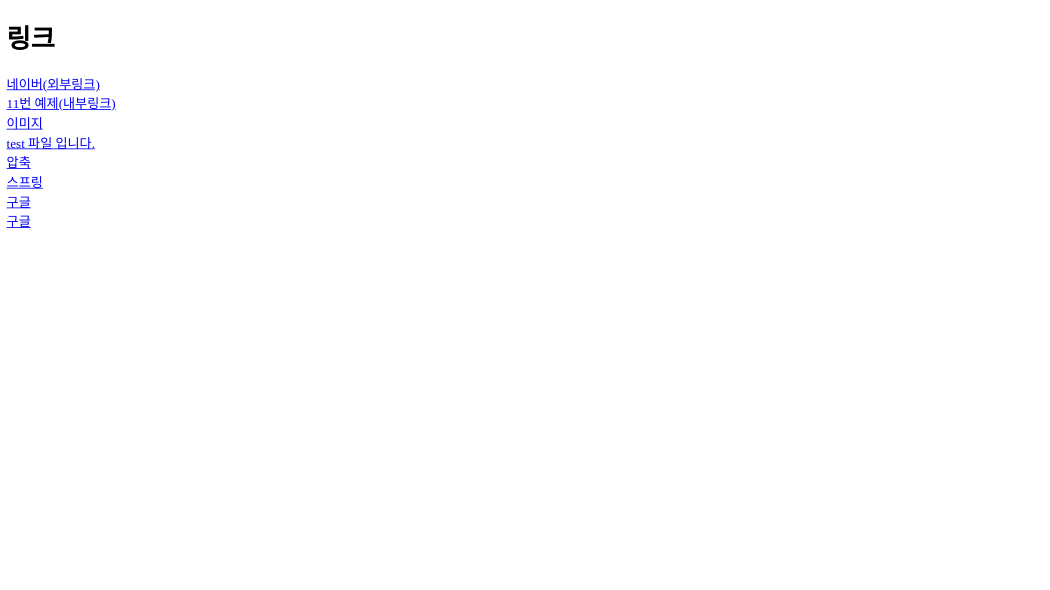
Repository: sungken/htmlProject
Page: ClientTest/src/main/webapp/html/ex12_link.html
An editor plug-in stored every save of this project. The page is shown before and after the next save, followed by the edit.
The browser window is 1280 px wide. The pictures show the whole page, at 82% of full size.

Above is the page before, as saved 2024-03-13 03:18:13.

After the next save:
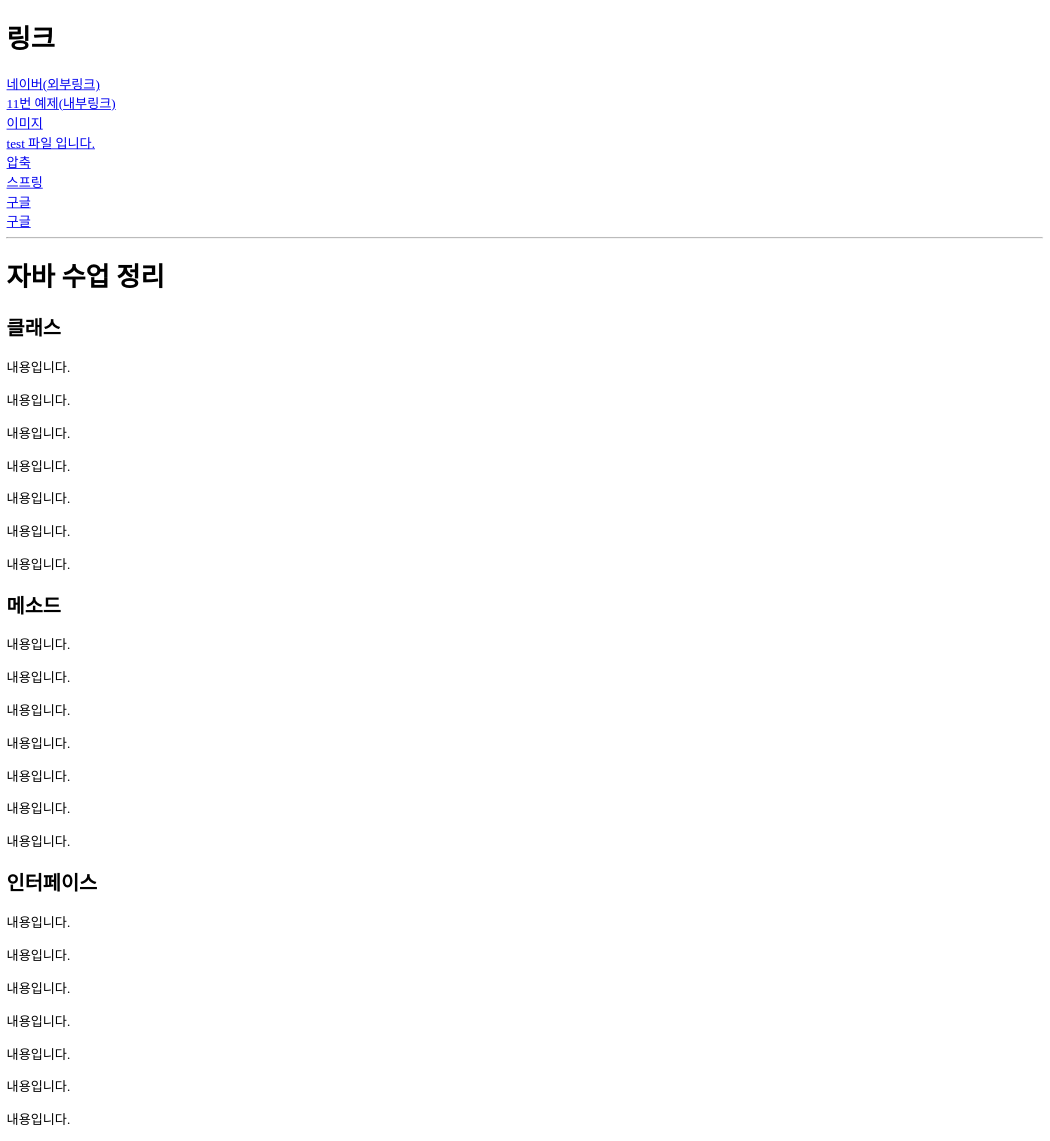
Saved 7 min 6 s later.
--- a/ClientTest/src/main/webapp/html/ex12_link.html
+++ b/ClientTest/src/main/webapp/html/ex12_link.html
@@ -28,11 +28,22 @@
 		3. _parent
 		4. _top
 		5. 프레임 명
-
  -->
 <a href="http://google.com" target="_self">구글</a>
 <br>
 <a href="http://google.com" target="_blank">구글</a>
 
+<hr>
+<h1>자바 수업 정리</h1>
+<h2>클래스</h2>
+<p>내용입니다.</p><p>내용입니다.</p><p>내용입니다.</p><p>내용입니다.</p><p>내용입니다.</p><p>내용입니다.</p><p>내용입니다.</p>
+
+<h2>메소드</h2>
+<p>내용입니다.</p><p>내용입니다.</p><p>내용입니다.</p><p>내용입니다.</p><p>내용입니다.</p><p>내용입니다.</p><p>내용입니다.</p>
+
+<h2>인터페이스</h2>
+<p>내용입니다.</p><p>내용입니다.</p><p>내용입니다.</p><p>내용입니다.</p><p>내용입니다.</p><p>내용입니다.</p><p>내용입니다.</p>
+
+
 </body>
 </html>
